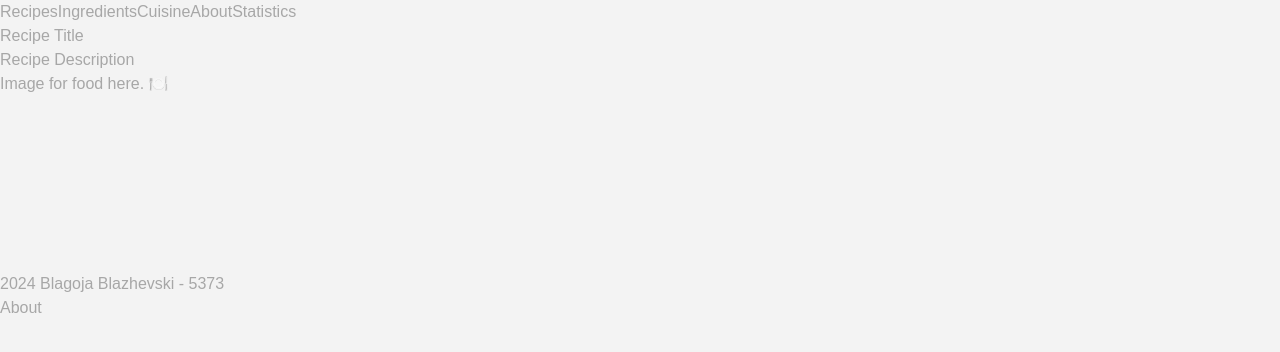
Repository: sweko/uacs-internet-programming-exams
Page: /Recipes (app in part-time/code/5373-blagoja-blazevski/final-exam-internet-programming/)
The author's editor kept a copy of each file at every save. The page is drawn from the files as they stood at one save, then again after a run of saves.
The browser window is 1280 px wide. The pictures show the whole page.
The page's requests for data from a server got no answer. The project was rebuilt for these pictures with package versions that can differ from the ones it lists, and the page was loaded fresh each time. The framework's server and built-in components were replaced by stand-ins that run in the browser. No one was signed in, and anything a server would have sent is missing. Also part of the build but not shown: part-time/code/5373-blagoja-blazevski/final-exam-internet-programming/next.config.mjs.

Above is the page before, as saved 2024-10-01 21:01:01.

After the next 2 saves:
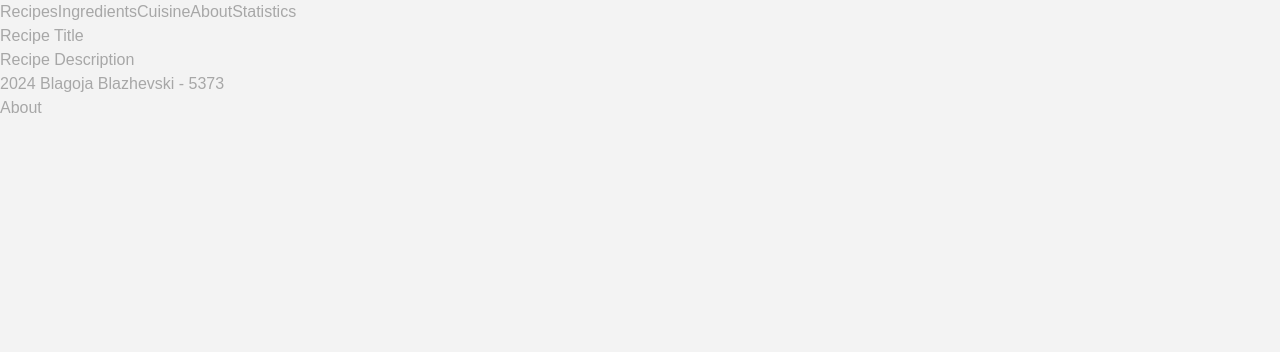
The 2 saves are shown as one change because 1 did not build or start.
The last was saved 10 s later.
--- a/part-time/code/5373-blagoja-blazevski/final-exam-internet-programming/app/Recipes/page.tsx
+++ b/part-time/code/5373-blagoja-blazevski/final-exam-internet-programming/app/Recipes/page.tsx
@@ -38,16 +38,7 @@ export default function Recipes() {
                 <CardTitle>Recipe Title</CardTitle>
                 <CardDescription>Recipe Description</CardDescription>
               </CardHeader>
-              <CardContent>
-                <p
-                  style={{
-                    width: "300px",
-                    height: "200px",
-                  }}
-                >
-                  Image for food here. 🍽️
-                </p>
-              </CardContent>
+              <CardContent></CardContent>
             </Card>
           </div>
         </div>
